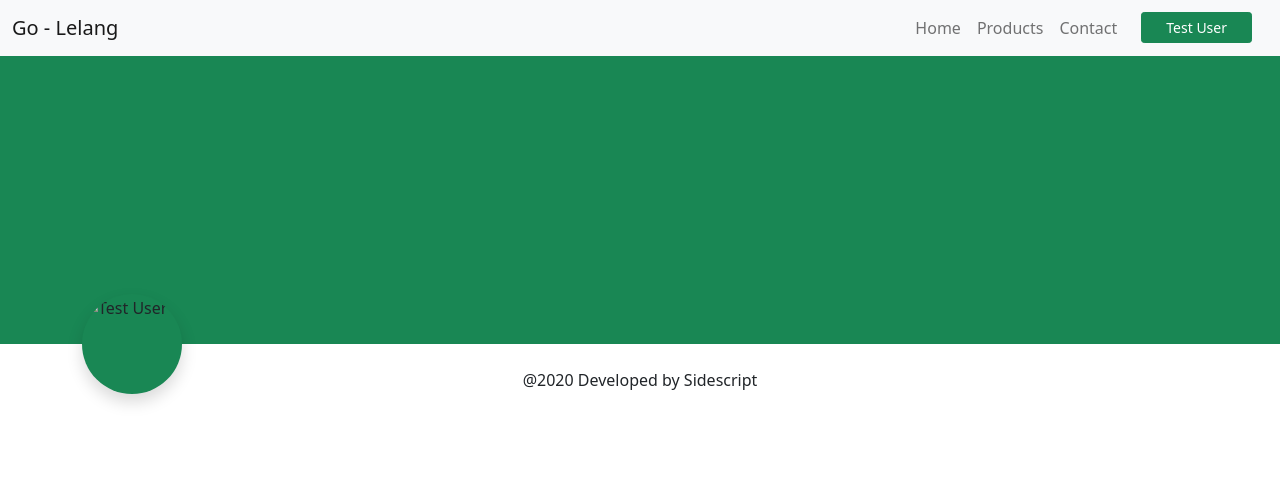
Repository: khulqu15/Go---Lelalng
Page: http://localhost/profile
An editor plug-in stored every save of this project. The page is shown before and after the next save, followed by the edit.
The browser window is 1280 px wide. The pictures show the whole page.
The page is served by the project's Laravel application, run on PHP 8.4 with Laravel 8. A made-up administrator, Test User (test@example.com), is signed in.

Above is the page before, as saved 2021-02-22 20:18:37.

After the next save:
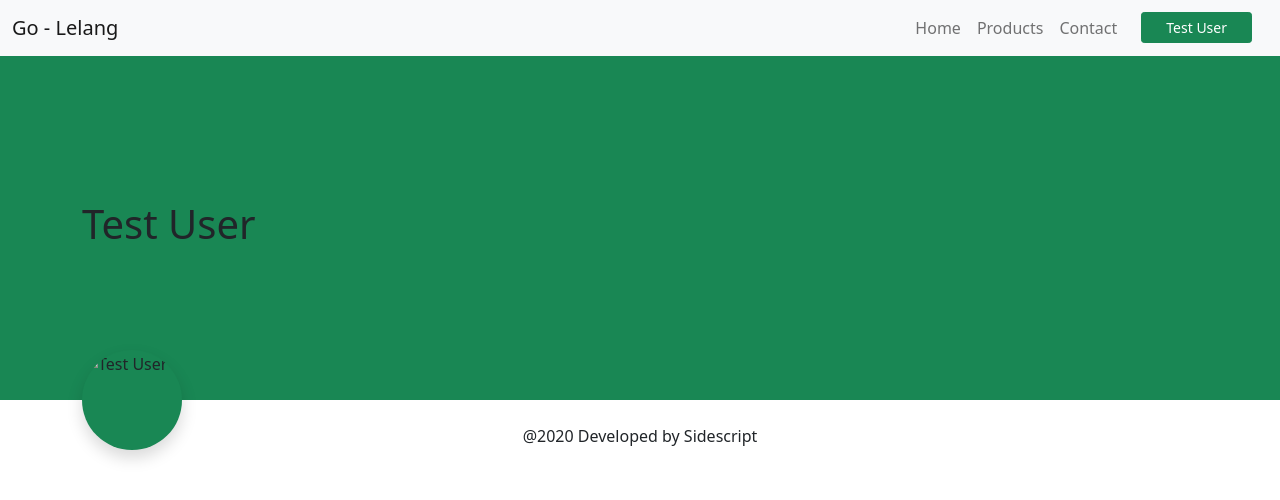
Saved 50 s later.
--- a/resources/views/page/profile.blade.php
+++ b/resources/views/page/profile.blade.php
@@ -10,6 +10,7 @@
                 <div class="avatar-profile position-absolute shadow" style="bottom: -50px; width: 100px; height: 100px; border-radius: 100px;">
                     <img src="{{ asset('img/user/'.Auth::user()->avatar) }}" alt="{{ Auth::user()->name }}" class="image-fit-card">
                 </div>
+                <h1>{{ Auth::user()->name }}</h1>
             </div>
         </div>
     </div>
